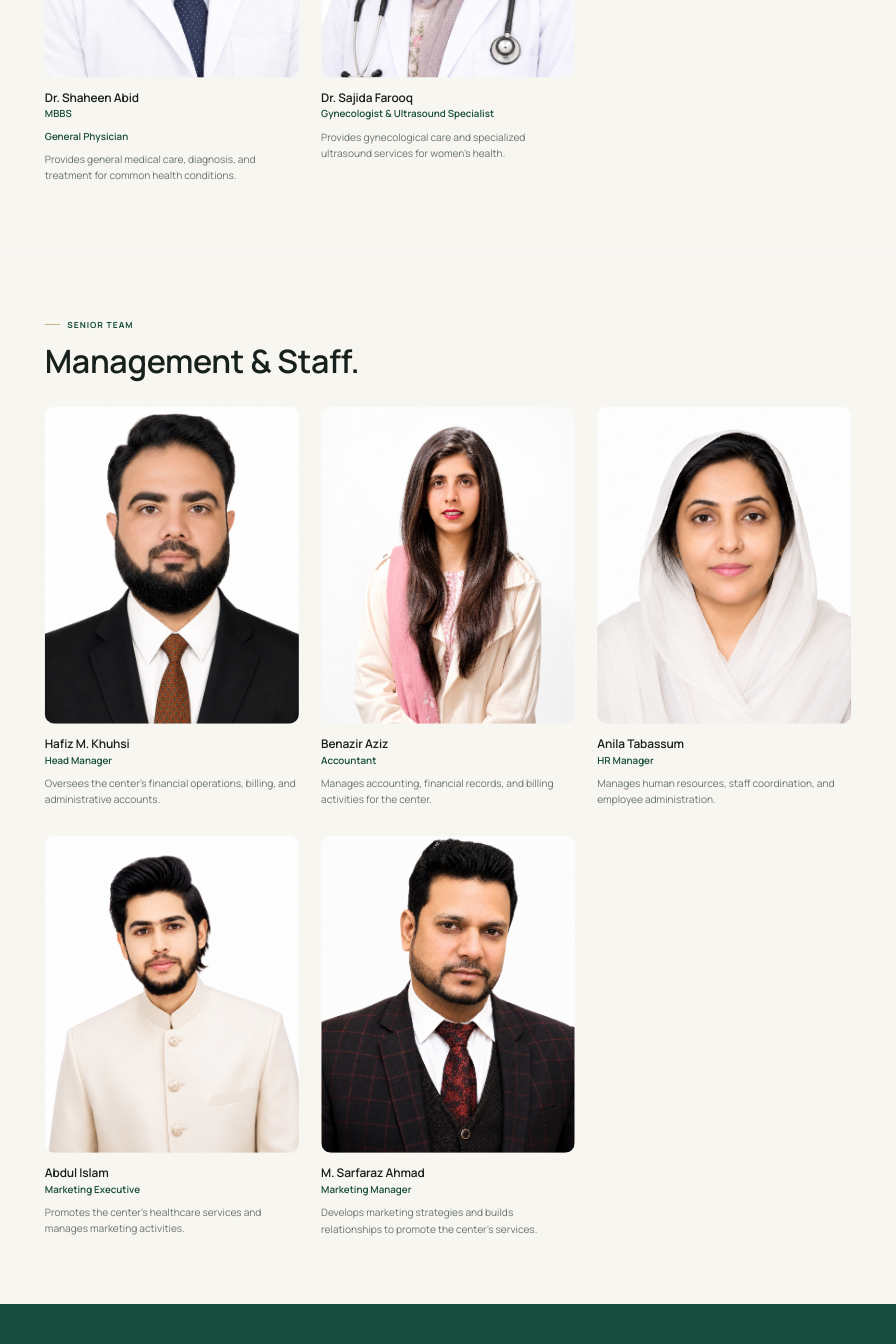
Repository: mraeesaziz45/al-farah
Page: team.html
The author's editor kept a copy of each file at every save. The page is drawn from the files as they stood at one save, then again after the next save.
The browser window is 1280 px wide. The pictures show the part of the page from y = 3187 to 5107 px (the page is 5938 px tall), at 70% of full size.

Above is the page before, as saved 2026-09-28 18:00:55.

After the next save:
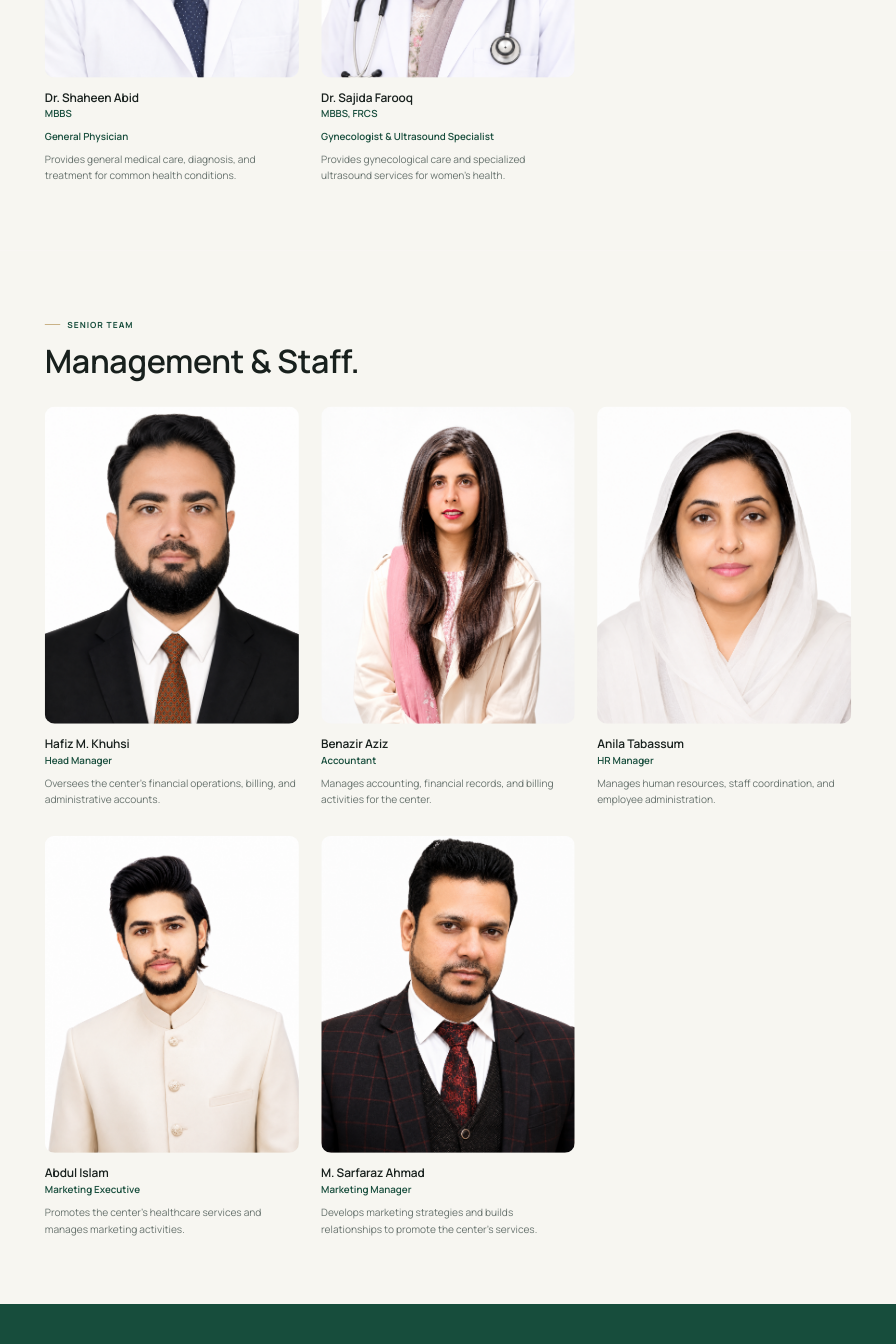
Saved 20 s later.
--- a/team.html
+++ b/team.html
@@ -158,6 +158,7 @@
             <img src="assets/images/team/dr-sajida.png" alt="Portrait placeholder for a radiologist" width="1000" height="1250" loading="lazy" decoding="async">
           </div>
           <h3 class="h4">Dr. Sajida Farooq</h3>
+          <span class="role">MBBS, FRCS</span>
           <span class="role">Gynecologist &amp; Ultrasound Specialist</span>
           <p class="bio">Provides gynecological care and specialized ultrasound services for women’s health.</p>
         </div>
